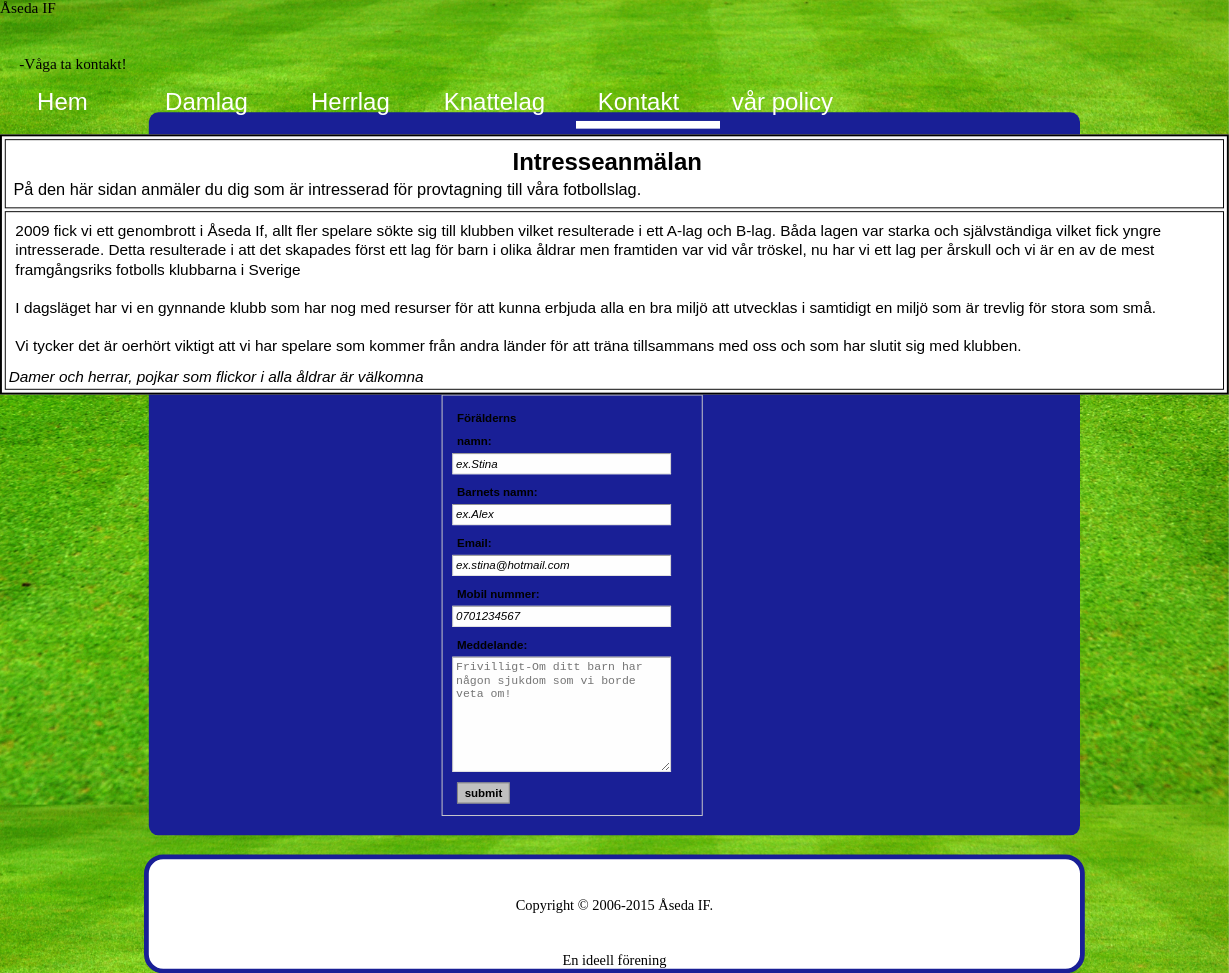
Repository: alexanderdanielsson28/ProjektAsedaIF
Page: html/Kontakt.html
The author's editor kept a record of every edit. The page is drawn from the files as they stood at one moment, then again after the next edit.
The browser window is 1280 px wide. The pictures show the whole page, at 96% of full size.
Backgrounds fixed to the window are drawn as part of the page. Some web libraries are served in a nearby version.

Above is the page before.

### html/Kontakt.html
<!DOCTYPE html>
<html>

<head>
    <title>kontaktsidan</title>
    <meta charset="UTF-8">
    <meta name="viewport" content="width=device-width, initial-scale=1.0">
    <link rel="stylesheet" media="only screen and (max-width:480px)" href="../css/mobile.css">
    <link href="../forms/form.css" rel="stylesheet">
    <script src="//ajax.googleapis.com/ajax/libs/jquery/1.10.2/jquery.min.js"></script>
    <script src="../forms/form1.js"></script>
    <link rel="stylesheet" type="text/css" media="only screen and (min-width:480px)" href="../menu.css">
    <link rel="stylesheet" type="text/css" media="only screen and (min-width:480px)" href="../css/media.css">
    <script src="../menu.js"></script>


</head>

<body>
    <div id="header">
        <h1 id="h1tag">Åseda IF</h1>
        <h3 class="hidden">-Våga ta kontakt!</h3>
    </div>
    <div id="meny">
        <div id="meny2">
            <nav id="navigation">
                <ul>
                    <li><a class="klass" href="../index.html">Hem</a></li>
                    <li><a class="klass" href="../html/Damlag.html">Damlag</a></li>
                    <li><a class="klass" href="../html/Herrlag.html">Herrlag</a></li>
                    <li><a class="klass" href="../html/Knattelag.html">Knattelag</a></li>
                    <li><a class="klass" href="../html/Kontakt.html">Kontakt</a></li>
                    <li><a class="klass" href="../html/Policy.html">vår policy</a></li>
                </ul>
            </nav>

        </div>
    </div>
    <article id="ark">
        <div id="bordern">
            <h2 id="barnh2">Intresseanmälan</h2>
            <h3 id="barn3">På den här sidan anmäler du dig som är intresserad för provtagning till våra fotbollslag.</h3>
        </div>
        <div id="paran">
            <p id="pbarn">2009 fick vi ett genombrott i Åseda If, allt fler spelare sökte sig till klubben vilket resulterade i ett A-lag och B-lag. Båda lagen var starka och självständiga vilket fick yngre intresserade. Detta resulterade i att det skapades först ett
                lag för barn i olika åldrar men framtiden var vid vår tröskel, nu har vi ett lag per årskull och vi är en av de mest framgångsriks fotbolls klubbarna i Sverige</p>
            <p id="alle">I dagsläget har vi en gynnande klubb som har nog med resurser för att kunna erbjuda alla en bra miljö att utvecklas i samtidigt en miljö som är trevlig för stora som små.</p>
            <p id="olikal">Vi tycker det är oerhört viktigt att vi har spelare som kommer från andra länder för att träna tillsammans med oss och som har slutit sig med klubben.</p>
            <p id="damerna">Damer och herrar, pojkar som flickor i alla åldrar är välkomna</p>
        </div>
    </article>

    <article id="formBox">

        <form id="form-contact" class="styled" action="" method="">
            <fieldset id="#formett">

                <ol>
                    <li class="form-row">
                        <label>Förälderns namn:</label>
                        <input id="input-name" type="text" class="text-input required fname default" name="fname" value="" title="ex.Stina" />
                    </li>

                    <li class="form-row">
                        <label>Barnets namn:</label>
                        <input id="input-name1" type="text" class="text-input required kname default" name="kname" value="" title="ex.Alex" />
                    </li>

                    <li class="form-row">

                        <label>Email:</label>
                        <input id="input-email" type="text" class="text-input required email default" name="email" value="" title="ex.stina@hotmail.com" />



                    </li>
                    <li class="form-row">
                        <label>Mobil nummer:</label>
                        <input id="input-phone" type="text" class="text-input required phone default " name="phone" value="" title="0701234567" />
                    </li>
                    <li class="form-row">
                        <label>Meddelande:</label>
                        <textarea id="input-message" class="text-area" name="message" cols="40" rows="8" placeholder="Frivilligt-Om ditt barn har någon sjukdom som vi borde veta om!"></textarea>
                    </li>
                    <li class="button-row text-right">
                        <input class="btn-submit" type="submit" value="submit" name="submit" />
                    </li>
                </ol>
            </fieldset>
        </form>
    </article>
    <div id="footer">
        <div id="footertext">
            <h3>Copyright © 2006-2015 Åseda IF.</h3>
            <h3>En ideell förening </h3>
        </div>
    </div>
</body>

</html>

### forms/form.css
/*h3 {
text-align:left;
}

div.main{
margin:50px auto;
font-family:raleway;
}
div.main h1{
text-align:center;
align:center;
word-spacing:5px;
}
div.login{
width:50%;
margin:0 auto;
border-radius: 10px;
font-family:raleway;
border: 2px solid #ccc;
padding: 10px 40px 25px;
}
hr{
border:0;
border-bottom:1px solid #ccc;
margin: 10px -40px;
margin-bottom: 30px;
}
h2{
background-color: #FEFFED;
text-align:center;
border-radius: 10px 10px 0 0;
margin: -10px -40px;
padding: 15px;
}
a{
text-decoration:none;
color: cornflowerblue;
}

i{
color: cornflowerblue;
}
#content{
alignment-adjust: central;
margin:0 auto;
text-align: left;
}
#note{
clear: left;
padding-top: 20px;
margin-left: 8px;
font-size: 18px;
text-align: center;
width:100%;
}
input[type=text],input[type=password],input[type=email]{
width:59.5%;
padding: 10px;
margin-top: 8px;
border: 1px solid #ccc;
padding-left: 5px;
font-size: 16px;
font-family:raleway;
}
input[type=submit]{
width: 100%;
background-color:#FFBC00;
color: white;
border: 2px solid #FFCB00;
padding: 10px;
font-size:20px;
cursor:pointer;
border-radius: 5px;
margin-bottom: 15px;
}
.msg{
width:59.5%;
padding: 10px;
margin-top: 8px;
border: 1px solid yellow;
padding-left: 5px;
font-size: 16px;
font-family:raleway;
}
p {
text-align:justify;
clear:both;
width:432px
}
span {
color:red
}

inp.invalid,
textarea.invalid {
    border: 2px solid red;
    background-image: url("../pictures/invalid.png");
    background-repeat: no-repeat;
    background-size: 10px 10px;
    background-position: right;
}


.error {
    display: none;
    margin-left: 10px;
}
.invalid {
    background-image: url("../pictures/invalid.png");
    width: 99.5%;
    padding: 10px;
    margin-top: 8px;
   background-repeat: no-repeat;
    background-size: 10px 10px;
    background-position: right;

    padding-left: 5px;
    font-size: 16px;
    font-family: raleway;
}

valid {
 display: none;
}

/*#submitdata{
      border: 2px solid red;
    background-image: url("../pictures/invalid.png");
    background-repeat: no-repeat;
    background-size: 10px 10px;
    background-position: right;
}




/*new*/
.error {
   color: #ff0000;
   font-size: 12px;
   margin-top: 5px;
   margin-bottom: 0;
}

.inputTxtError {
   border: 1px solid #ff0000;
   color: #0e0e0e;
}


#form-contact{
    background-color:withe;
}


.styled {
    font-family: Arial, sans-serif;
}
.styled fieldset {

    width:250px;
    border: 1px solid #ccc; padding: 10px;

}
.styled fieldset legend {
    font-size: 14px; font-weight: bold;
    color: #000;
    text-transform: capitalize;
    padding: 5px 10px;
    background: #fff; display: block;
    margin-bottom: 0;
    border: 1px solid #ccc;

}
.styled fieldset ol, .styled fieldset ol li {
    list-style: none;

}
.styled fieldset li.form-row {
    margin-bottom: 3px;
    padding: 2px 0;
    width: 100%;
    overflow: hidden;
    position: relative;


}
.styled label {
    font-size: 12px;
    display: block;
    font-weight: bold;
    float: left; width: 100px;
    margin-left: 5px;
    line-height: 24px;

}
.styled input.text-input, .styled .text-area {
    background: #fefefe;
    border-top: 1px solid #909090;
    border-right: 1px solid #cecece;
    border-bottom: 1px solid #e1e1e1;
    border-left: 1px solid #bbb;
    padding: 3px; width: 220px;
    font-size: 12px;

}
.styled input.text-input.default.active, .styled .text-area.default.active {
    color: black;
    font-style: italic;

}
.styled fieldset li.button-row {
    margin-bottom: 0;
    padding: 2px 5px;

}
form input.btn-submit {
    padding: 3px 7px;
    font-family: Arial, sans-serif;
    color: black; font-weight: bold;
    border: 1px solid gray;
    background: silver;
    font-size: 12px;

}

/* Form Validation */
.styled span.error {
    font-size: 11px;
    background: none;
    display: block;
    padding: 2px;
    text-align: center;


}
.styled fieldset li.error {
    color: #D8000C;
    background: #fff0f0 url(../pictures/invalid.png) no-repeat;
    background-size:10px 10px;
    background-position:100% 50%;
    border: 1px solid #f9c7c7;
    padding: 5px 0;

}
.styled fieldset li.error label {
    text-align: left;

}

/* Specific Form Rules */
#form-contact {
    width: 360px; margin: 0 auto;
}

.success {
    order: 1px solid;
    margin: 0;
    padding: 10px; text-align: center;
    color: #4F8A10;
    background-color: #ebf6d9;
    border-color:black;
}
.styled fieldset li.valid {
    background:url(../pictures/valid.png) no-repeat;
    background-size:10px 10px;
    background-position:100% 50%;


}

### menu.css


#meny

{

    padding:0;


    width:700px;

    height: 3px;

    /*border-radius: 3px;
*/
}
#meny2
{

    width:900px;
    margin:0 auto;
}
#meny2 ul
{

    position: relative;
    list-style-type: none;
    float:center;
    padding:0;margin:0;
}
#meny2 li


{
    width:150px;
    border-collapse: separate;
    /* border-left: 1px solid gray;
    border-radius:5px solid;
    */
    float:left;
    list-style-type: none;
    padding:0;margin:0;background-image:none;
}

#meny2 li.highlight
{

    background-color:white;
    top:50px;
    height:8px;
    z-index: 1;
    position: absolute;
    overflow:hidden;
    /*opacity: 0.8;*/

}
#meny2 li a
{
    width:130px;
    height:10px;
    padding-top: 16px;
    margin: 0 0px;
    color:white;
    font: normal 25px arial;
    text-align: center;
    text-decoration: none;
    display: block;
    float:left;
    position: relative;
    z-index: 2;
}

Loaded but not shown: menu.js (151 lines, source omitted); forms/form1.js (87 lines, source omitted); css/media.css (1556 lines, source omitted); css/mobile.css (1090 lines, source omitted)

After the next edit:
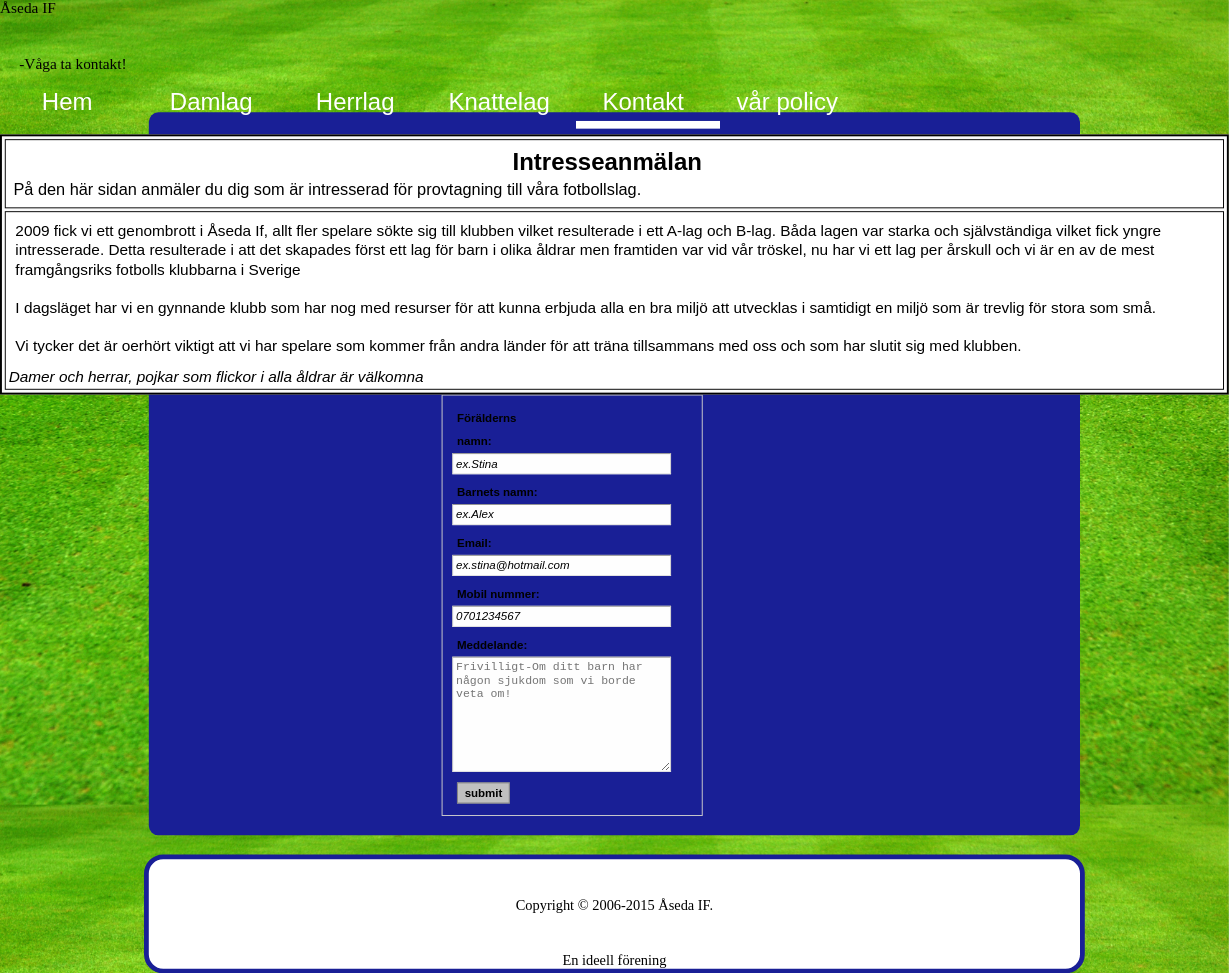
The edit:
--- a/menu.css
+++ b/menu.css
@@ -56,7 +56,7 @@
 }
 #meny2 li a
 {
-    width:130px;
+    width:140px;
     height:10px;
     padding-top: 16px;
     margin: 0 0px;
